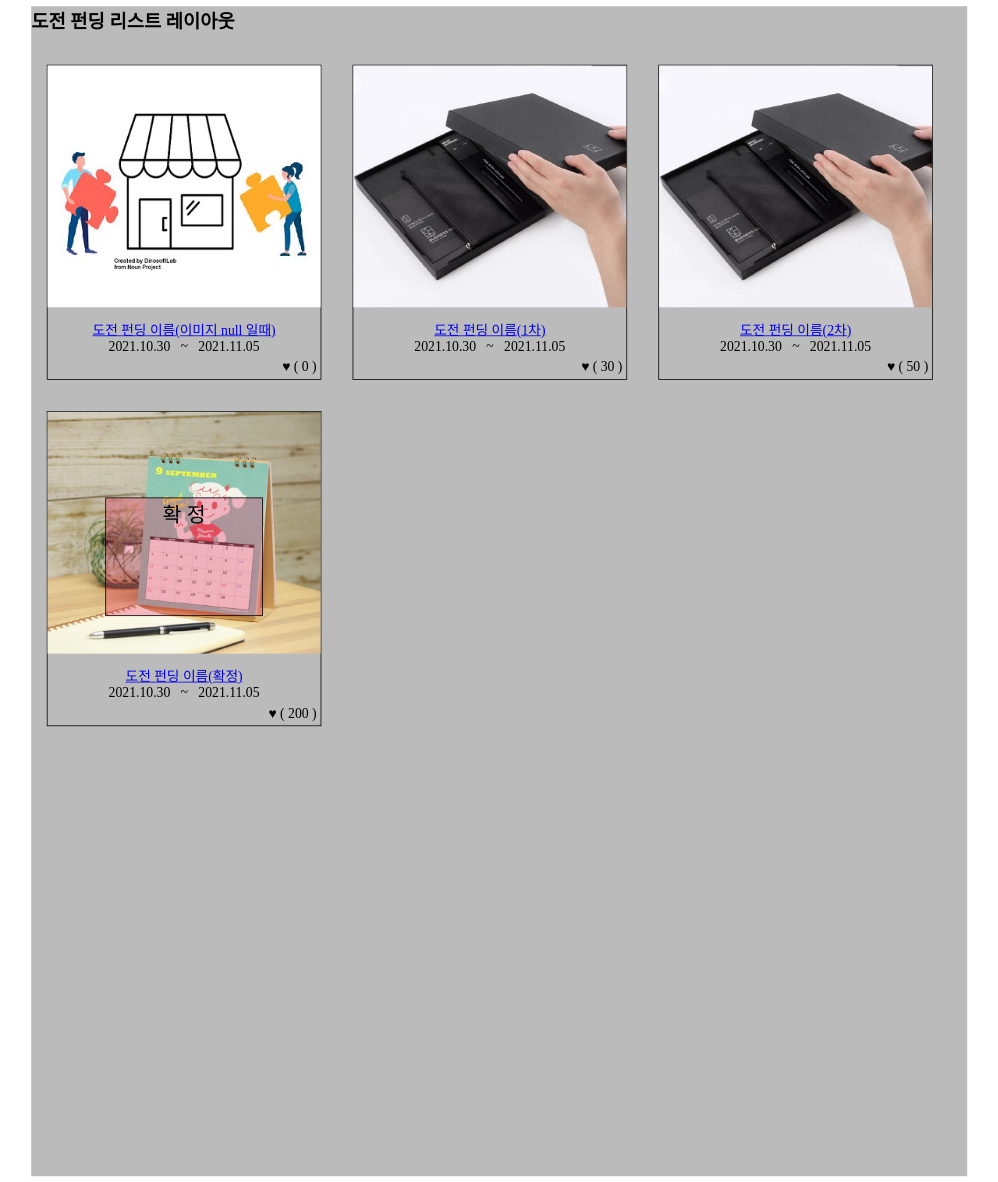
Repository: GroundPark/team6
Page: http://localhost/lefthand/page/product/chal_funding_list.jsp
The author's editor kept a copy of each file at every save. The page is drawn from the files as they stood at one save, then again after the next save.
The browser window is 1280 px wide. The pictures show the whole page, at 78% of full size.
The page is served by Tomcat 9. Other server files are loaded and not shown.

Above is the page before, as saved 2021-11-20 17:56:45.

### lefthand/WebContent/page/product/chal_funding_list.jsp
<%@ page language="java" contentType="text/html; charset=UTF-8" pageEncoding="UTF-8"%>


<style>

.chal_funding_contents {
	width:1200px; height:1500px;  margin: 0 auto;
	background-color:#bbbbbb;

}

.chal_funding { position:relative; margin:20px; border:1px black solid; float:left; font-size:1.1em; }

.chal_period { text-align:center; }

.chal_like { float:right; padding:5px; }

.chal_ok {
	position:absolute;
	top:50%; left:50%;
	transform:translate(-50%, -60%);
	width:200px; height:150px; background-color:rgba(233, 30, 90, 0.3);
	z-index: 1;

	border:1px black solid;

	text-align:center;
	display:table-cell;
	vertical-align:middle;

	font-size:1.5em;
}
</style>


<div class="chal_funding_contents">
<h2>도전 펀딩 리스트 레이아웃</h2>
<div class="chal_funding">
	<a href="#"><img src="../challenge/img/chal_info_default.jpg" style="width:350px; height:310px; padding-bottom:15px;" /></a>
	<div style="text-align:center;"><a href="#">도전 펀딩 이름(이미지 null 일때)</a></div>
	<div class="chal_period"> &nbsp; 2021.10.30 &nbsp; ~ &nbsp; 2021.11.05 &nbsp; </div>
	<div class="chal_like"> ♥ ( 0 ) </div>
</div>

<div class="chal_funding">
	<a href="#"><img src="../challenge/userimg/thum_chal_info_2.jpg" style="width:350px; height:310px; padding-bottom:15px;" /></a>
	<div style="text-align:center;"><a href="#">도전 펀딩 이름(1차)</a></div>
	<div class="chal_period"> &nbsp; 2021.10.30 &nbsp; ~ &nbsp; 2021.11.05 &nbsp; </div>
	<div class="chal_like"> ♥ ( 30 ) </div>
</div>

<div class="chal_funding">
	<a href="#"><img src="../challenge/userimg/thum_chal_info_2.jpg" style="width:350px; height:310px; padding-bottom:15px;" /></a>
	<div style="text-align:center;"><a href="#">도전 펀딩 이름(2차)</a></div>
	<div class="chal_period"> &nbsp; 2021.10.30 &nbsp; ~ &nbsp; 2021.11.05 &nbsp; </div>
	<div class="chal_like"> ♥ ( 50 ) </div>
</div>

<div class="chal_funding">
	<a href="#"><img src="../challenge/userimg/thum_chal_info_1.jpg" style="width:350px; height:310px; padding-bottom:15px;" /></a>
	<div class="chal_ok"> 확 정 </div>
	<div style="text-align:center;"><a href="#">도전 펀딩 이름(확정)</a></div>
	<div class="chal_period"> &nbsp; 2021.10.30 &nbsp; ~ &nbsp; 2021.11.05 &nbsp; </div>
	<div class="chal_like"> ♥ ( 200 ) </div>
</div>



</div>

After the next save:
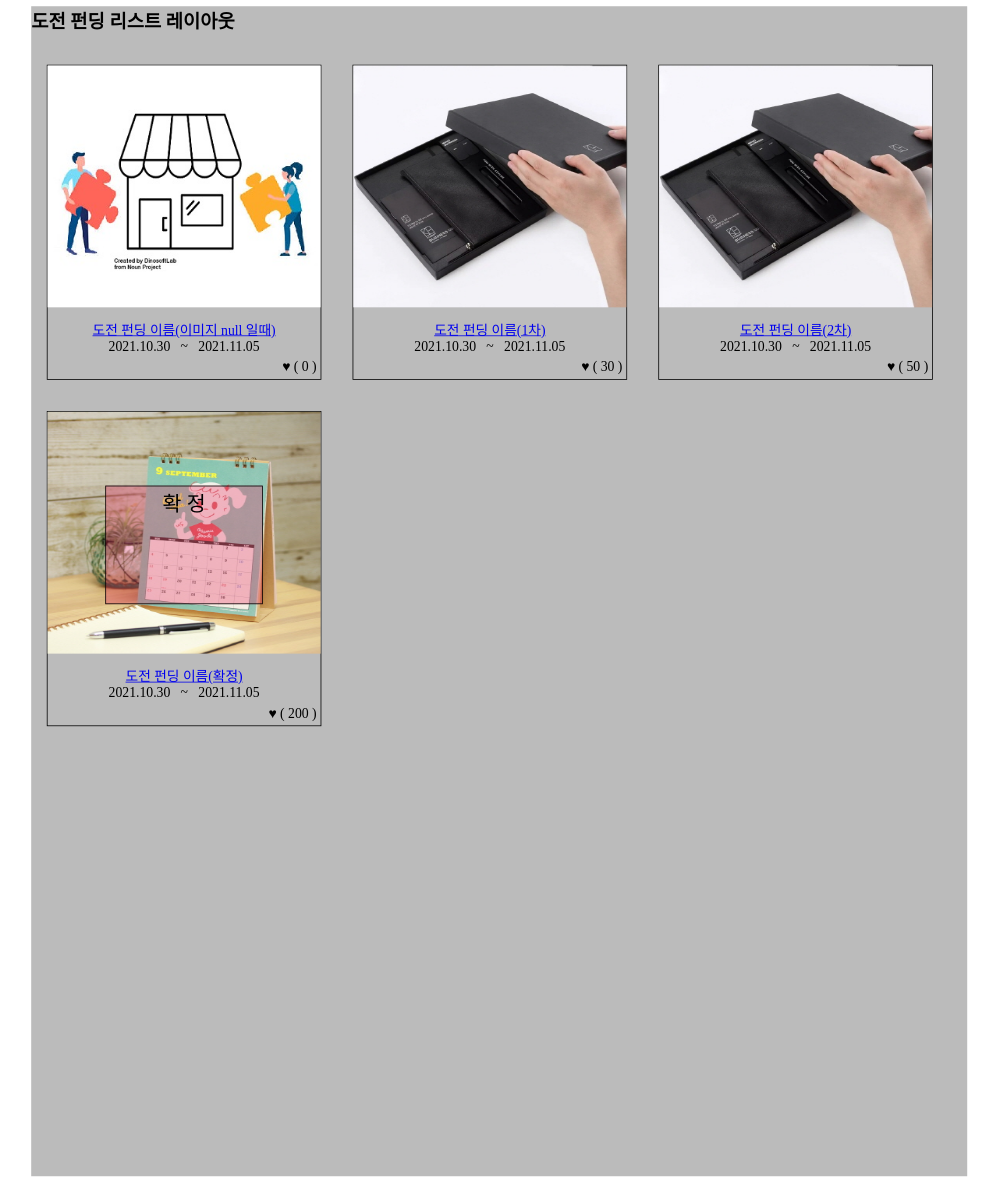
Saved 14 s later.
--- a/lefthand/WebContent/page/product/chal_funding_list.jsp
+++ b/lefthand/WebContent/page/product/chal_funding_list.jsp
@@ -18,7 +18,7 @@
 .chal_ok {
 	position:absolute;
 	top:50%; left:50%;
-	transform:translate(-50%, -60%);
+	transform:translate(-50%, -70%);
 	width:200px; height:150px; background-color:rgba(233, 30, 90, 0.3);
 	z-index: 1;
 
